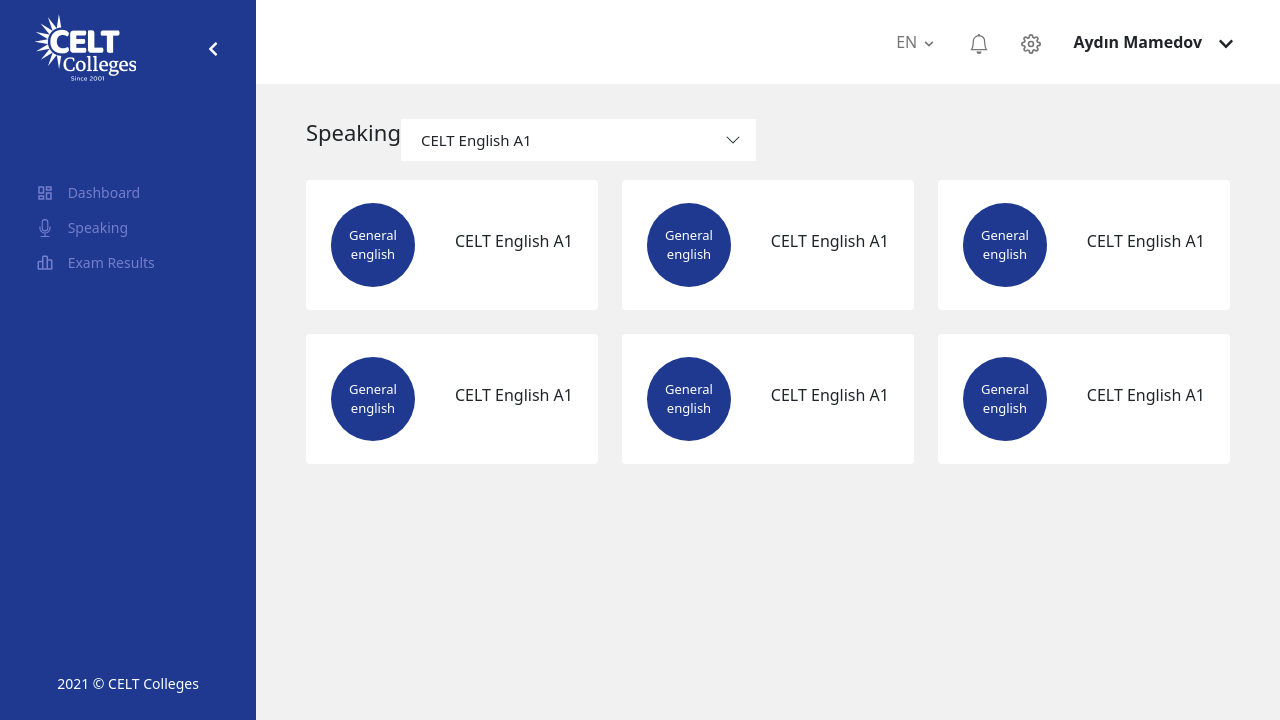
Repository: aydinws/celtapp
Page: /speaking
The author's editor kept a copy of each file at every save. The page is drawn from the files as they stood at one save, then again after the next save.
The browser window is 1280 px wide. The pictures show the whole page.
The project was rebuilt for these pictures with package versions that can differ from the ones it lists, and the page was loaded fresh each time. Also part of the build but not shown: src/pages/Dashboard/index.js, src/pages/ExamResults/index.scss, src/components/Table/index.scss, src/components/Pagination/index.scss, src/components/Pagination/index.js, src/components/Table/index.js, src/pages/ExamResults/index.js.

Above is the page before, as saved 2021-06-10 00:18:56.

### src/App.js
import React from 'react';

// files
import './assets/css/app.scss';

// pages
import Dashboard from './pages/Dashboard';
import ExamResults from './pages/ExamResults';
import Speakings from './pages/Speakings';

// npm modules
import 'bootstrap/dist/css/bootstrap.css';
import { BrowserRouter as Router, Switch, Route } from "react-router-dom";


function App() {
  return (
    <Router>
      <Switch>
        <Route path="/" exact component={Dashboard} />
        <Route path="/speaking" exact component={Speakings} />
        <Route path="/examresults" exact component={ExamResults} />
      </Switch>
    </Router>
  );
}

export default App;

### src/assets/css/app.scss
@import 'code';

* {
    padding: 0;
    margin: 0;
    list-style: none;
    text-decoration: none;
    outline: none;
}

body {
    height: 100%;
    background-color: $bgColor !important;
}

.app {
    height: 100%;
    display: flex;

    .content {
        height: 100vh;
        flex: 1;
    }
}

.section {
    margin: 35px 50px;

    @media screen and (max-width:481px) {
        margin: 35px 20px;
    }

    .content-body-head {

        h3 {
            font-size: 22px;
            margin: 0 0 35px;
        }

        .search-input {
            width: 278px;
            height: 42px;
            border-radius: 4px;
            overflow: hidden;
            float: right;

            @media screen and (max-width:768px) {
                margin: 0 0 20px;
                width: 100%;
            }

            input {
                width: 236px;
                height: 42px;
                padding: 0 0 0 20px;
                border: 1px solid #FFFFFF;
                background-color: #FFFFFF;
                font-size: 15px;

                @media screen and (max-width:768px) {
                    width: calc(100% - 42px);
                }
            }

            input::placeholder {
                font-weight: 500;
            }

            svg {
                fill: $grayColor;
                padding: 12px;
                width: 42px;
                height: 42px;
                background-color: #FFFFFF;
                margin: 0 0 4px;
            }
        }
    }
}

.orange { fill: $orangeColor; color: $orangeColor !important; }
.red { fill: $redColor; color: $redColor !important; }
.green { fill: $greenColor; color: $greenColor !important; }
.c-pointer { cursor: pointer; }

### src/pages/Speakings/index.js
import React, { useState } from 'react';
import './index.scss';

// components
import Sidebar from '../../components/SideBar';
import TopBar from '../../components/TopBar';

//icons
import { BsChevronDown } from "react-icons/bs";

function Speaking() {

    const [visible, setVisible] = useState(true);

    const openCloseMenu = () => {
        setVisible(!visible);
    }
    return (
        <div className="app">
            {visible && <Sidebar openCloseMenu={openCloseMenu} />}

            <div className="content">
                <TopBar openCloseMenu={openCloseMenu} />

                <div className="section">
                    <div className="content-body-head">
                        <div className="row">
                            <div className="col-12 col-md-6 d-flex">
                                <h3>Speaking</h3>
                                <div className="select-option">
                                    <div className="select-option-btn">
                                        <span>CELT English A1</span>
                                        <BsChevronDown />
                                    </div>
                                    <div className="select-option-items">

                                    </div>
                                </div>
                            </div>
                        </div>
                    </div>
                    <div className="content-body">
                        <div className="row">
                            <div className="col-12 col-md-6 col-lg-4 mb-4">
                                <div className="card card--speaking">
                                    <div className="card-circle">
                                        <p>General english</p>
                                    </div>
                                    <h6>CELT English A1</h6>
                                </div>
                            </div>
                            <div className="col-12 col-md-6 col-lg-4 mb-4">
                                <div className="card card--speaking">
                                    <div className="card-circle">
                                        <p>General english</p>
                                    </div>
                                    <h6>CELT English A1</h6>
                                </div>
                            </div>
                            <div className="col-12 col-md-6 col-lg-4 mb-4">
                                <div className="card card--speaking">
                                    <div className="card-circle">
                                        <p>General english</p>
                                    </div>
                                    <h6>CELT English A1</h6>
                                </div>
                            </div>
                            <div className="col-12 col-md-6 col-lg-4 mb-4">
                                <div className="card card--speaking">
                                    <div className="card-circle">
                                        <p>General english</p>
                                    </div>
                                    <h6>CELT English A1</h6>
                                </div>
                            </div>
                            <div className="col-12 col-md-6 col-lg-4 mb-4">
                                <div className="card card--speaking">
                                    <div className="card-circle">
                                        <p>General english</p>
                                    </div>
                                    <h6>CELT English A1</h6>
                                </div>
                            </div>
                            <div className="col-12 col-md-6 col-lg-4 mb-4">
                                <div className="card card--speaking">
                                    <div className="card-circle">
                                        <p>General english</p>
                                    </div>
                                    <h6>CELT English A1</h6>
                                </div>
                            </div>
                        </div>
                    </div>
                </div>
            </div>
        </div>
    );
}

export default Speaking;

### src/assets/css/code.scss
$bgColor: #F1F1F1;
$mainBlue: #1E398F;
$blueTextColor: #757ECB;
$orangeColor: #EE7100;
$redColor: #C10000;
$greenColor: #009F3F;
$grayColor: #767676;

### src/pages/Dashboard/index.scss
@import '../../assets/css/code.scss';
@import '../../assets/css/custom.scss';

.anime-h {
    height: 66px;
}

.content-body {
    .card {
        border-radius: 4px;
        padding: 23px 25px;
        overflow: hidden;

        &--dashboard {
            width: 100%;
            height: 100%;
            position: relative;
        }

        .card-header {
            border-bottom: 0.5px solid #DEDEDE;
            background-color: #FFFFFF;
            padding: 0;
            display: flex;
            justify-content: space-between;

            svg {
                fill: $orangeColor;
                width: 22px;
                height: 22px;
            }

            h4 {
                font-size: 18px;
                margin: 0 0 20px;
                padding: 0;
                cursor: pointer;
            }
        }

        ul {
            padding: 0;
        }

        ul li {
            margin-top: 25px;
        }

        ul li h4 {
            font-size: 15px;
            text-transform: uppercase;
            padding: 0;
        }

        ul li p {
            font-size: 12px;
            color: #878787;
        }

        label {
            display: flex;
            align-items: center;
            position: relative;
            cursor: pointer;
        }

        label {
            div {
                font-size: 15px;
                text-transform: uppercase;
                padding: 0;
                margin: 0 30px;
                font-weight: 500;
            }
        }

        a {
            color: $mainBlue;
            text-decoration: none;
            font-size: 13px;
            position: absolute;
            right: 0;
            bottom: 0;
            margin: 25px;
            font-weight: bold;
        }

        svg {
            fill: $mainBlue;
            width: 7px;
            padding: 0 0 2px;
        }
    }
}

### src/components/SideBar/index.js
import React from 'react';
import './index.scss';

// npm modules
import { Link } from "react-router-dom";

// icons
import { FaChevronLeft } from "react-icons/fa";
import { BsMic } from "react-icons/bs";
import { RiDashboardLine } from "react-icons/ri";
import { BiBarChartAlt2 } from "react-icons/bi";

// images
import Logo from '../../assets/images/logo.png';

function Sidebar({ openCloseMenu }) {
    return (
        <div className="side-bar">
            <div className="side-bar-content">
                <div className="side-bar-content-header">
                    <img src={Logo} alt="Logo" />
                    <FaChevronLeft onClick={openCloseMenu} />
                </div>
                <div className="side-bar-content-body">
                    <ul>
                        <li>
                            <Link to="/"><RiDashboardLine /> Dashboard</Link>
                        </li>
                        <li>
                            <Link to="/speaking"><BsMic /> Speaking</Link>
                        </li>
                        <li>
                            <Link to="/examresults"><BiBarChartAlt2 /> Exam Results</Link>
                        </li>
                    </ul>
                </div>
                <p>2021 © CELT Colleges</p>
            </div>
        </div>
    );
}

export default Sidebar;

### src/components/TopBar/index.js
import React from 'react';
import './index.scss';

// icons
import { FaChevronDown } from "react-icons/fa";
import { BsBell } from "react-icons/bs";
import { FiSettings } from "react-icons/fi";
import { GoThreeBars } from "react-icons/go";

// images
import Avatar from '../../assets/images/avatar.png';
import Logo from '../../assets/images/logo.png';

function TopBar({ openCloseMenu }) {
    return (
        <div className="top-bar">
            <img src={Logo} alt="Logo" />
            <ul>
                <li>
                    <span>EN <FaChevronDown /></span>
                </li>
                <li>
                    <BsBell />
                </li>
                <li>
                    <FiSettings onClick={openCloseMenu} />
                </li>
                <li>
                    <img src={Avatar} alt="Avatar" />
                    <span>Aydın Mamedov</span>
                    <FaChevronDown />
                </li>
                <li>
                    <GoThreeBars onClick={openCloseMenu} />
                </li>
            </ul>
        </div>
    );
}

export default TopBar;

### src/pages/Speakings/index.scss
@import '../../assets/css/code.scss';
@import '../../assets/css/custom.scss';

.anime-h {
    height: 64px;
}

.content-body {
    .card {
        border-radius: 4px;
        padding: 23px 25px;
        overflow: hidden;

        &--speaking {
            border: 0;
            flex-direction: row;
            justify-content: space-between;
            align-items: center;
            cursor: pointer;
        }

        .card-circle {
            width: 84px;
            height: 84px;
            background-color: $mainBlue;
            color: #FFFFFF;
            border-radius: 50%;
            text-align: center;
            display: flex;
            align-items: center;

            p {
                font-size: 13px;
                margin: 0;
            }

            h6 {
                font-size: 17px;
            }
        }
    }
}

.select-option {
    width: 100%;
    height: 42px;
    border-radius: 4px;
    position: relative;

    .select-option-btn {
        cursor: pointer;
        width: 100%;
        height: 42px;
        background-color: #FFFFFF;
        display: flex;
        justify-content: space-between;
        align-items: center;
        padding: 0 5px 0 20px;
    }

    &:hover {
        background-color: #F9F9F9;
    }

    span {
        font-weight: 500;
        font-size: 15px;
    }

    svg {
        margin-right: 10px;
    }

    .select-option-items {
        position: absolute;
        width: 100%;
        height: auto;
        min-height: 42px;
        left: 0;
        top: 42px;
    }
}

### src/assets/css/custom.scss
.custom-checkbox {
    position: absolute;
    opacity: 0;
    height: 0;
    width: 0;
}

.checkmark {
    position: absolute;
    top: 2px;
    left: 0;
    height: 18px;
    width: 18px;
    background-color: #eee;
    cursor: pointer;
    border-radius: 2px;
}

.custom-checkbox:hover input ~ .checkmark {
    background-color: #ccc;
}

.custom-checkbox:checked ~ .checkmark {
    background-color: $mainBlue;
}

.checkmark:after {
    content: "";
    position: absolute;
    display: none;
}

.custom-checkbox:checked ~ .checkmark:after {
    display: block;
}

.checkmark:after {
    left: 7px;
    top: 4px;
    width: 4px;
    height: 8px;
    border: solid white;
    border-width: 0 2px 2px 0;
    -webkit-transform: rotate(45deg);
    -ms-transform: rotate(45deg);
    transform: rotate(45deg);
}

.custom-radio {
    position: absolute;
    opacity: 0;
    height: 0;
    width: 0;
}

.radiomark {
    position: absolute;
    top: 2px;
    left: 0;
    height: 18px;
    width: 18px;
    background-color: #eee;
    cursor: pointer;
    border-radius: 50%;
}

.custom-radio input ~ .radiomark {
    background-color: #ccc;
}

.custom-radio:checked ~ .radiomark {
    background-color: $mainBlue;
}

.radiomark:after {
    content: "";
    position: absolute;
    display: none;
}

.custom-radio:checked ~ .radiomark:after {
    display: block;
}


.radiomark:after {
    top: 6px;
	left: 6px;
	width: 6px;
	height: 6px;
	border-radius: 50%;
	background: white;
}

### src/components/SideBar/index.scss
@import '../../assets/css/code.scss';

.side-bar {
    width: 256px;

    @media screen and (max-width:1024px) {
        position: fixed;
        z-index: 10;
    }

    .side-bar-content {
        width: 256px;
        height: 100%;
        position: fixed;
        z-index: 10;
        background-color: $mainBlue;

        p {
            width: 100%;
            text-align: center;
            position: absolute;
            bottom: 10px;
            color: #FFFFFF;
            font-size: 14px;
        }
    }

    .side-bar-content-header {
        display: flex;
        justify-content: space-between;
        padding: 14px 35px;
        align-items: center;

        svg {
            fill: #FFFFFF;
            cursor: pointer;
        }
    }

    .side-bar-content-body {
        ul {
            padding: 0;
            width: 100%;
            margin-top: 83px;
        }

        li {
            padding: 0 33px;
            margin: 10px 0;
            transition: border-left 200ms;
            border-left: 3px solid transparent;

            svg {
                width: 18px;
                height: 18px;
                fill: $blueTextColor;
                margin-right: 10px;
                margin-bottom: 3.5px;
                transition: fill 400ms;
            }

            a {
                font-size: 14px;
                color: $blueTextColor;
                text-decoration: none;
                transition: color 400ms;
            }

            &:hover {
                border-left: 3px solid #FFFFFF;
            }

            &:hover svg {
                fill: #FFFFFF;
            }

            &:hover a {
                color: #FFFFFF;
            }
        }
    }
}

### src/components/TopBar/index.scss
@import '../../assets/css/code.scss';

.top-bar {
    background-color: #FFFFFF;
    flex: 1;
    height: 84px;
    align-items: center;
    justify-content: space-between;
    z-index: 9;

    img {
        display: none;
    }

    @media screen and (max-width:1024px) {
        display: flex;
        background-color: $mainBlue;
        height: 69px;
        overflow: hidden;

        img {
            width: 69px;
            height: 47px;
            display: block;
            margin: 11px 20px;
        }
    }

    ul {
        display: flex;
        justify-content: flex-end;
        height: 84px;
        align-items: center;
        margin-right: 30px;

        @media screen and (max-width:1024px) {
            margin-right: 15px;
        }

        li {
            cursor: pointer;
            margin: 24px 16px;

            @media screen and (max-width:1024px) {
                margin: 17px 15px 0 0;
            }

            &:nth-child(1) span {
                color: $grayColor;
                @media screen and (max-width:1024px) {
                    color: #FFFFFF;
                }

                svg {
                    height: 10px;
                }
            }

            &:nth-child(2) {
                svg {
                    fill: $grayColor;
                    width: 20px;
                    height: 20px;

                    @media screen and (max-width:1024px) {
                        fill: #FFFFFF;
                    }
                }
            }

            &:nth-child(3) {
                svg {
                    stroke: $grayColor;
                    width: 20px;
                    height: 20px;
                }
            }

            &:nth-child(4) {
                img, span {
                    margin-right: 16px;
                }

                span {
                    font-weight: 600;
                }
            }

            &:nth-child(5) {
                @media screen and (min-width:1024px) {
                    display: none;
                }
                svg {
                    fill: $grayColor;
                    width: 20px;
                    height: 20px;
                    @media screen and (max-width:1024px) {
                        fill: #FFFFFF;
                    }
                }
            }

            @media screen and (max-width:1024px) {
                &:nth-child(3), &:nth-child(4) {
                    display: none;
                }
            }
        }
    }
}

Loaded but not shown: public/index.html (common file); src/index.js (common file)

After the next save:
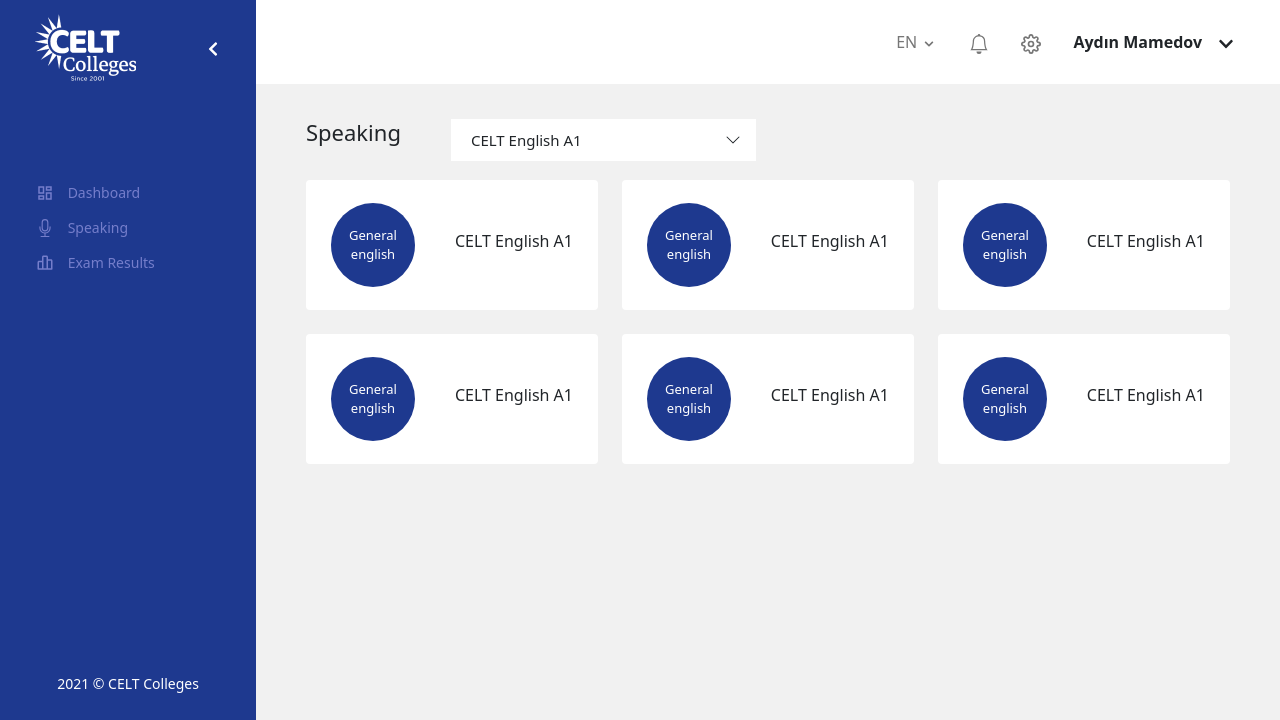
Saved 11 s later.
--- a/src/pages/Speakings/index.scss
+++ b/src/pages/Speakings/index.scss
@@ -45,7 +45,8 @@
     width: 100%;
     height: 42px;
     border-radius: 4px;
-    position: relative;
+        margin: 0 0 0 50px;
+        position: relative;
 
     .select-option-btn {
         cursor: pointer;
